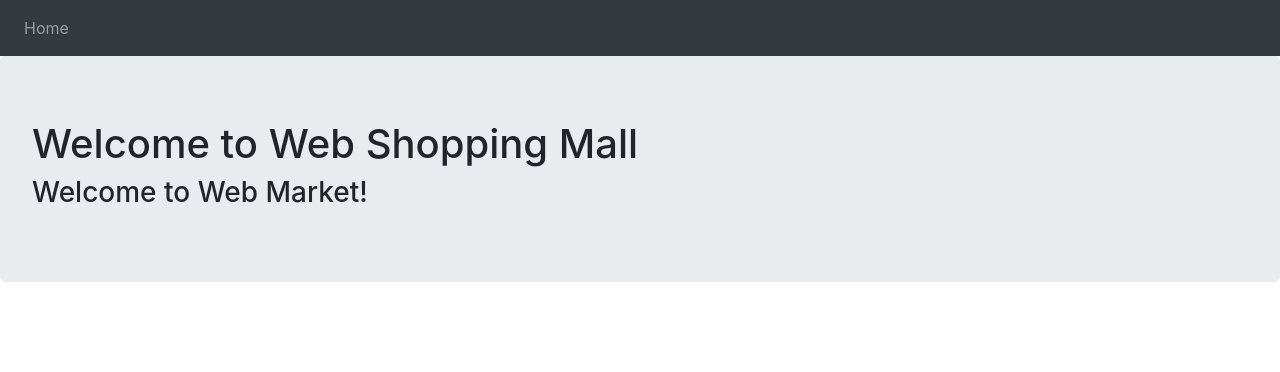
Repository: MegiLove/jspStudy
Page: http://localhost/day1210/welcome.jsp
These files come from the project's save history. The page is drawn as it stood at one moment and after the next save; the edit follows.
The browser window is 1280 px wide. The pictures show the whole page.
The page is served by Tomcat 9. Other server files are loaded and not shown.

Above is the page before, as saved 2021-12-10 07:41:43.

### day1210/src/main/webapp/welcome.jsp
<%@ page language="java" contentType="text/html; charset=EUC-KR"
    pageEncoding="EUC-KR"%>
<!DOCTYPE html>
<html>
<head>
<meta charset="EUC-KR">
<title>Insert title here</title>
<meta name="viewport" content="width=device-width, initial-scale=1">
  <link rel="stylesheet" href="https://maxcdn.bootstrapcdn.com/bootstrap/4.5.2/css/bootstrap.min.css">
  <script src="https://ajax.googleapis.com/ajax/libs/jquery/3.5.1/jquery.min.js"></script>
  <script src="https://cdnjs.cloudflare.com/ajax/libs/popper.js/1.16.0/umd/popper.min.js"></script>
  <script src="https://maxcdn.bootstrapcdn.com/bootstrap/4.5.2/js/bootstrap.min.js"></script>
</head>
<body>
<nav class="navbar navbar-expand-sm bg-dark navbar-dark">
	<ul class="navbar-nav">
		<li class="nav-item">
		<a class="nav-link" href="./welcome.jsp">Home</a>
		</li>
	</ul>
</nav>
<%!
	String greeting="Welcome to Web Shopping Mall";
	String tagline="Welcome to Web Market!";
%>

	<div class="jumbotron">
		<h1><%=greeting %></h1>
		<h3><%=tagline %></h3>
	</div>
</body>
</html>

After the next save:
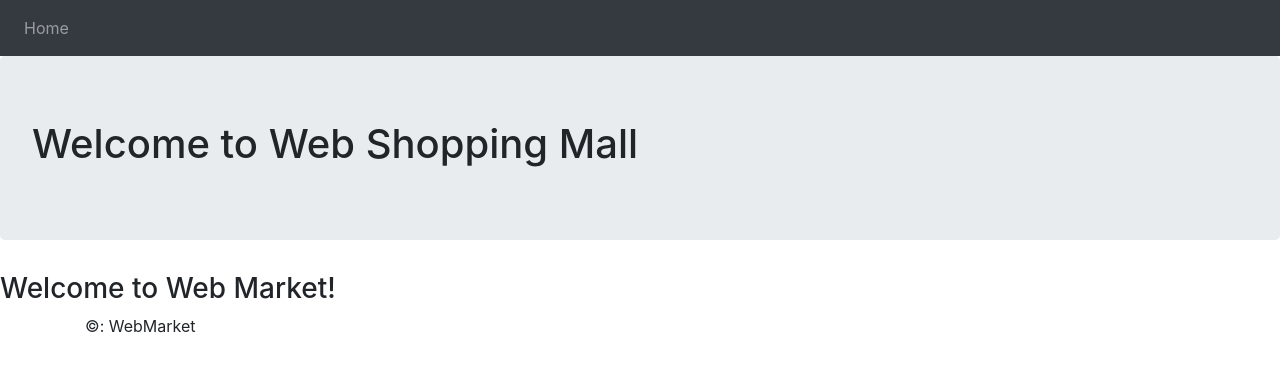
Saved 6 min 21 s later.
--- a/day1210/src/main/webapp/welcome.jsp
+++ b/day1210/src/main/webapp/welcome.jsp
@@ -23,10 +23,14 @@
 	String greeting="Welcome to Web Shopping Mall";
 	String tagline="Welcome to Web Market!";
 %>
-
+<div class="box">
 	<div class="jumbotron">
 		<h1><%=greeting %></h1>
+	</div>
 		<h3><%=tagline %></h3>
 	</div>
+	<footer class="container">
+		<p>&copy: WebMarket</p>
+	</footer>
 </body>
 </html>
